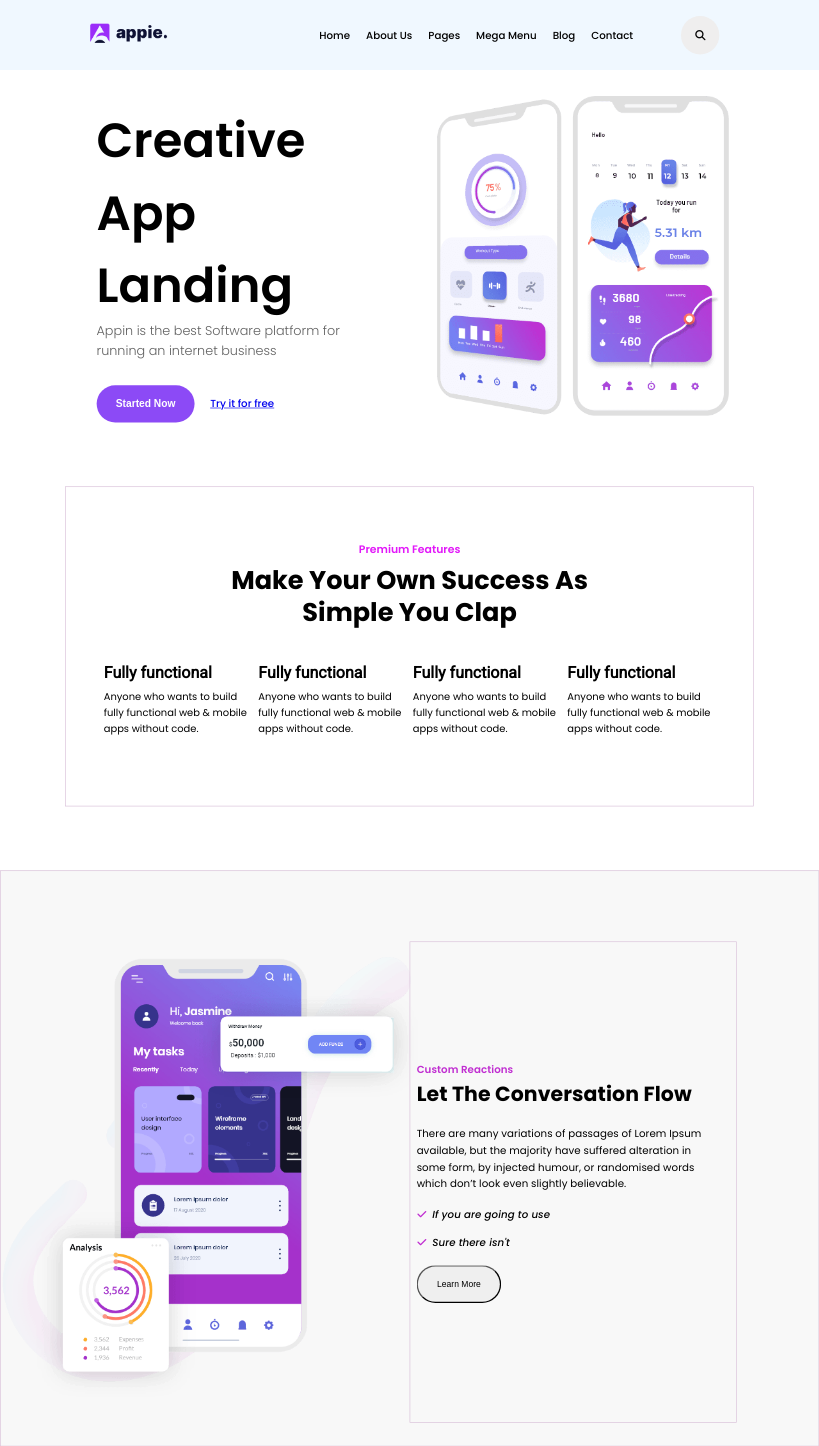
Repository: northpx/landingpage
Page: index.html
These files come from the project's save history. The page is drawn as it stood at one moment and after a run of saves; the edit follows.
The browser window is 1280 px wide. The pictures show the whole page, at 64% of full size.

Above is the page before, as saved 2022-12-28 16:09:13.

After the next 2 saves:
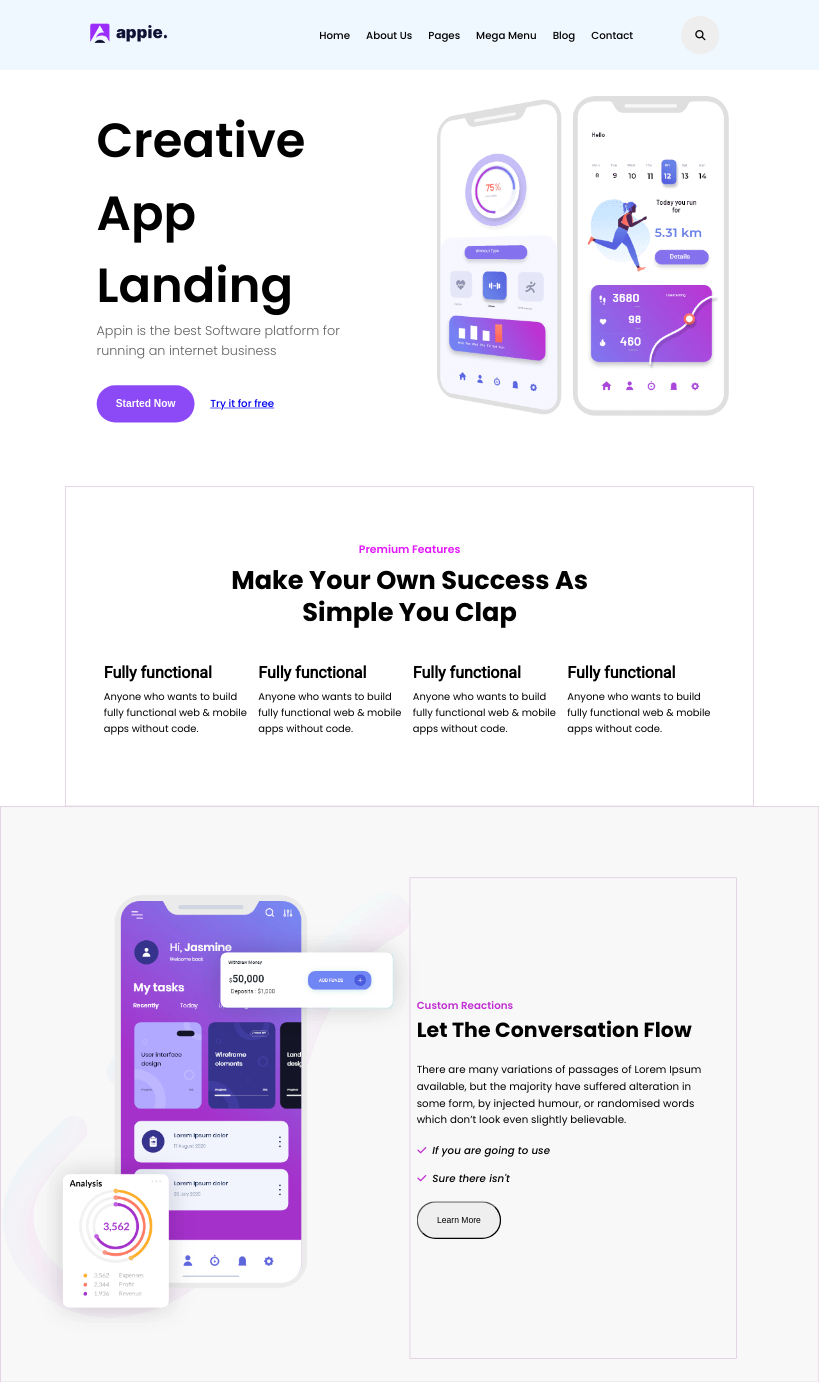
The 2 saves are shown as one change because they came seconds apart.
The last was saved 47 s later.
--- a/src/css/style.css
+++ b/src/css/style.css
@@ -139,8 +139,8 @@ h6{
     display: flex;
     flex-direction: column;
     border: 1px solid thistle;
-    margin: 100px auto;
-    /* margin-top: 100px; */
+    margin: 0px auto;
+    margin-top: 100px;
     align-items: center;
     justify-content: center;
 }
